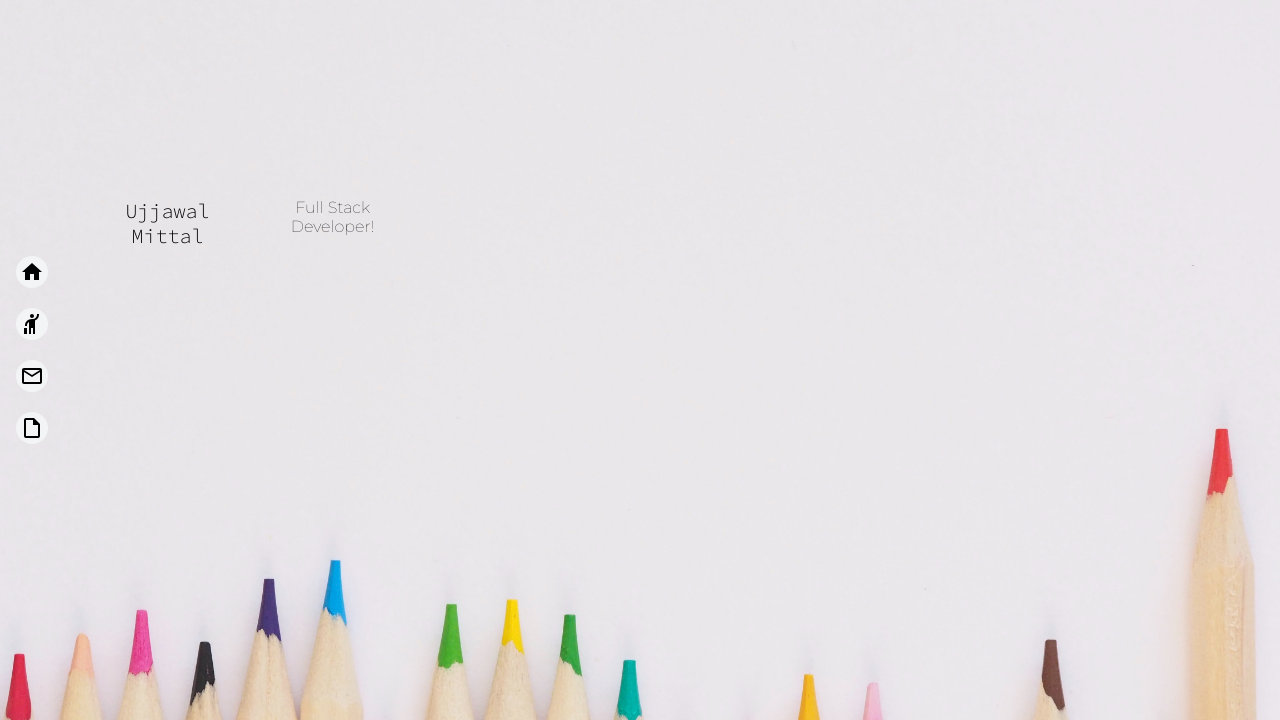
Repository: ujjawalmittal55/portfolio1
Page: /
These files come from the project's save history. The page is drawn as it stood at one moment and after the next save; the edit follows.
The browser window is 1280 px wide. The pictures show the whole page.
The project was rebuilt for these pictures with package versions that can differ from the ones it lists, and the page was loaded fresh each time.

Above is the page before, as saved 2022-05-04 22:55:26.

After the next save:
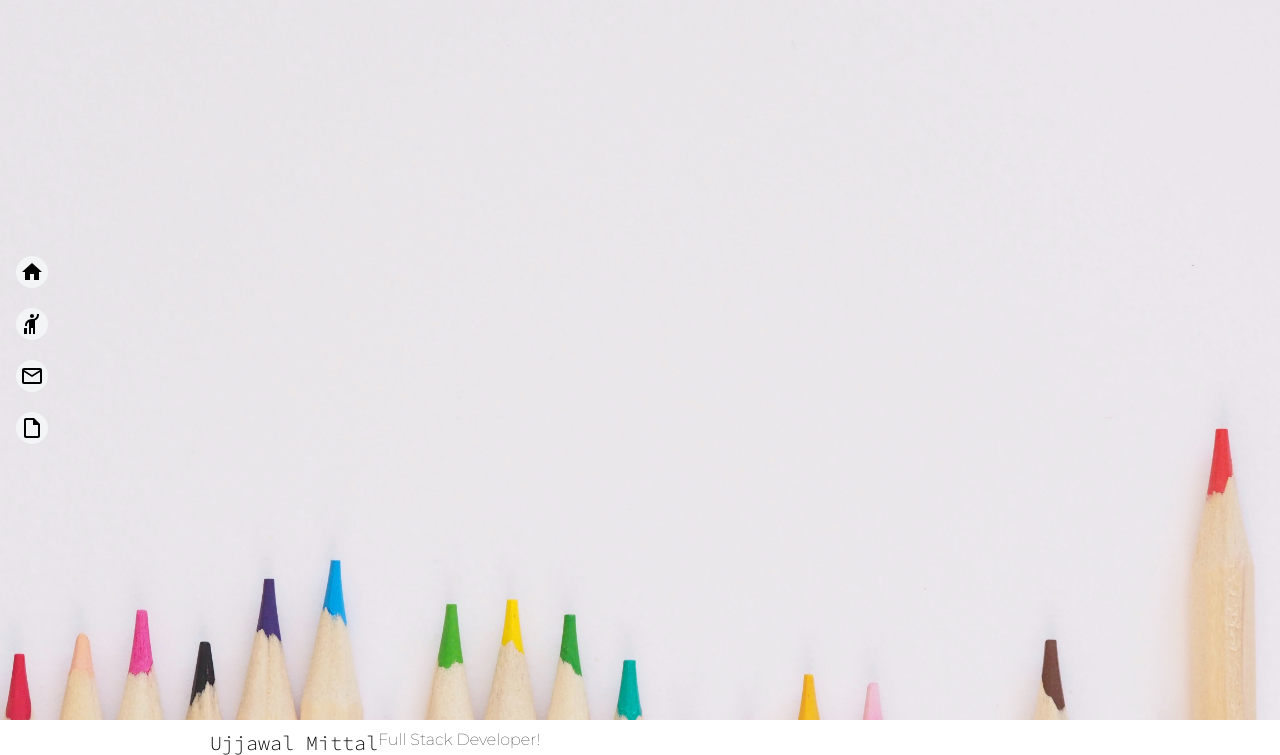
Saved 17 s later.
--- a/src/display.css
+++ b/src/display.css
@@ -5,15 +5,14 @@
 }
 .display-div {
   display: flex;
+
+  margin-top: 60%;
+  margin-left: 12%;
 }
 .name {
-  margin-top: 60%;
-  margin-left: 12%;
   font-family: "Source Code Pro", monospace;
   font-size: 1.25em;
 }
 .role {
-  margin-top: 60%;
-  margin-left: 12%;
   font-family: "Montserrat", monospace;
 }
